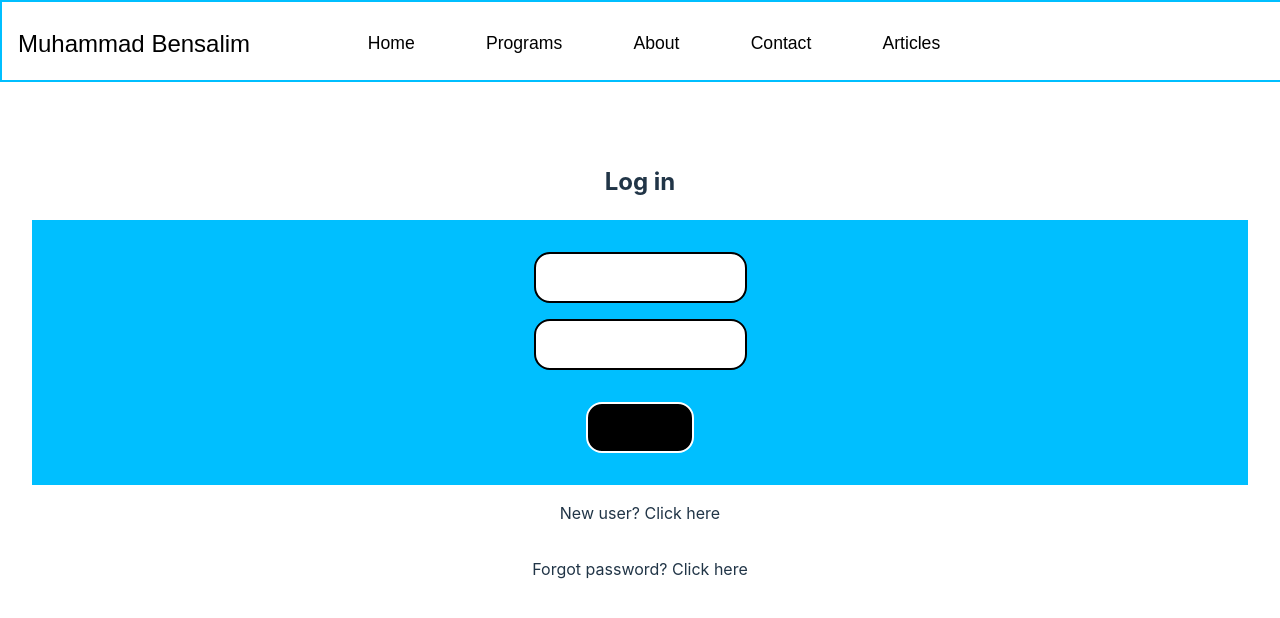
Repository: TMuse333/fitness_templates
Page: /progress
An editor plug-in stored every save of this project. The page is shown before and after a run of saves, followed by the edit.
The browser window is 1280 px wide. The pictures show the whole page.
The pointer rests on the first visible `.login-button`.
The project was rebuilt for these pictures with package versions that can differ from the ones it lists, and the page was loaded fresh each time. Also part of the build but not shown: vite.config.js, src/components/herobanner/herobanner.css, src/components/herobanner/herobanner.jsx, src/components/about/about.css, src/components/about/about.jsx, src/components/serviceOffering/serviceOffering.css, src/components/serviceOffering/serviceOffering.jsx, src/data/data.js and 33 more. Imported but missing from the stored project, and not drawn on this page: src/media/best_dunk.mp4.

Above is the page before, as saved 2024-03-09 19:38:36.

After the next 2 saves:
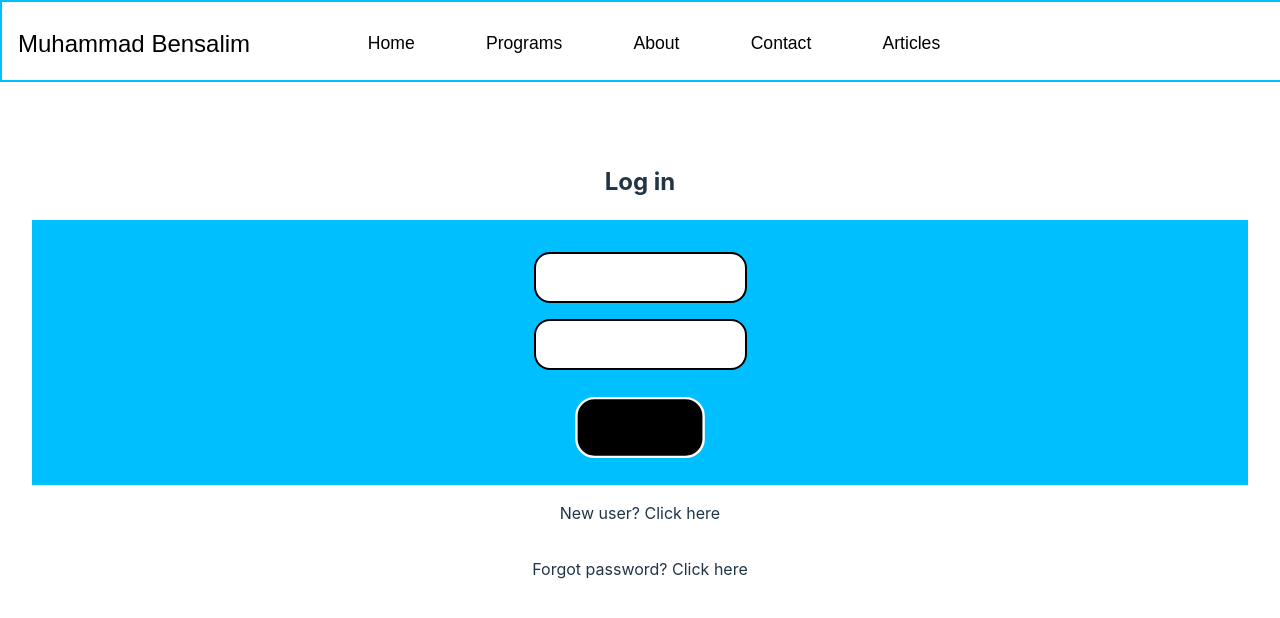
The 2 saves are shown as one change because they came seconds apart.
The last was saved 9 s later.
--- a/src/components/login/login.css
+++ b/src/components/login/login.css
@@ -23,6 +23,7 @@
 
 .login-button:hover{
     border: 2px solid white;
+    scale: 1.2;
 }
 
 .login-box input::placeholder {
